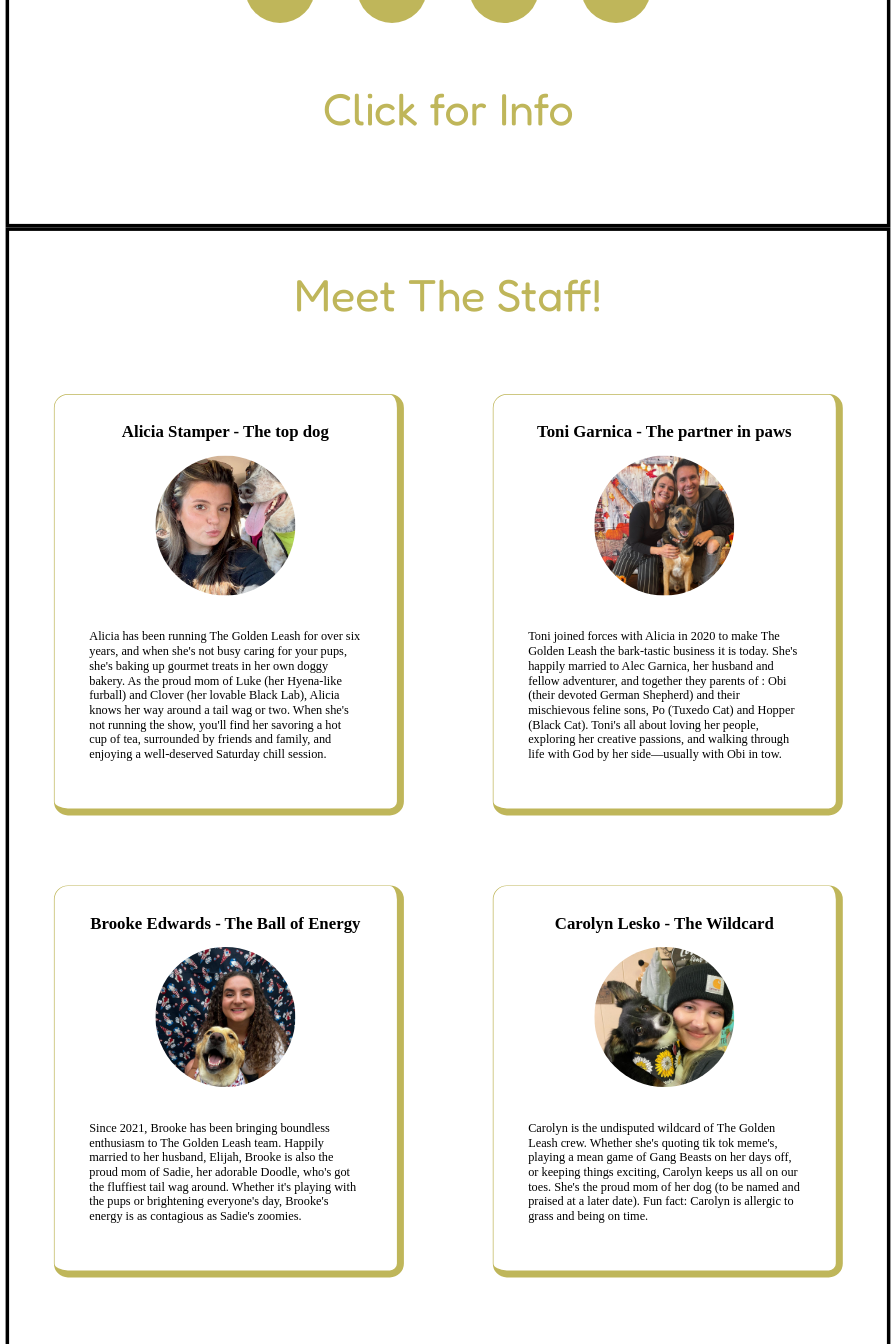
Repository: Aworminator/Thegoldenleash
Page: index.html
An editor plug-in stored every save of this project. The page is shown before and after the next save, followed by the edit.
The browser window is 1280 px wide. The pictures show the part of the page from y = 1577 to 3497 px (the page is 4783 px tall before and 4938 px after), at 70% of full size.

Above is the page before, as saved 2025-07-20 22:30:57.

### index.html
<!DOCTYPE html>
<html lang="en">
  <head>
    <meta charset="UTF-8" />
    <meta name="viewport" content="width=device-width, initial-scale=1.0" />
    <title>The Golden Leash</title>
    <link
      rel="stylesheet"
      href="https://cdnjs.cloudflare.com/ajax/libs/font-awesome/6.5.0/css/all.min.css"
      integrity="sha512-..."
      crossorigin="anonymous"
      referrerpolicy="no-referrer"
    />
    <link rel="stylesheet" href="style.css" />
    <link rel="preconnect" href="https://fonts.googleapis.com" />
    <link rel="preconnect" href="https://fonts.gstatic.com" crossorigin />
    <link
      href="https://fonts.googleapis.com/css2?family=Fredoka:wght@300..700&display=swap"
      rel="stylesheet"
    />

    <!-- Everything is great. Look up ideas on how to make everything else translate
    with media query. The logo is fixed, however, other things get messed up after
    the resolution hits a certain point. Figure out how to fix that next. -->
  </head>
  <body>
    <section class="home-page">
      <div class="image-container">
        <div>
          <img src="./Images/GoldenLeashLogo No Nose.png" class="logo" />
        </div>

        <ul class="list">
          <li class="list-item" data-target="our-story">Our Story</li>
          <li class="list-item" data-target="services">Services</li>
          <li class="list-item" data-target="contact">Contact Us</li>
        </ul>
      </div>
    </section>

    <section class="our-story">
      <h1>Our Story</h1>
      <p class="story-info info">
        Lorem ipsum odor amet, consectetuer adipiscing elit. Aenean quis
        bibendum condimentum mauris primis integer sollicitudin porttitor.
        Blandit condimentum aptent condimentum orci rhoncus pellentesque euismod
        a. Varius imperdiet fermentum aptent mollis sem eu. Mattis ante pharetra
        quisque nam odio nascetur per. Vitae pellentesque massa facilisi
        maecenas ligula felis. Tristique pulvinar iaculis inceptos lectus elit
        fusce. <br /><br />
        Nisl erat purus sem imperdiet varius erat taciti cursus. Leo ante lectus
        potenti lacus viverra senectus commodo fringilla. Imperdiet est
        parturient ornare imperdiet tempor vulputate. Parturient porttitor
        quisque platea turpis vel porta. Torquent feugiat curabitur posuere
        hendrerit ipsum eros vel erat. Aenean netus proin arcu taciti nec
        efficitur ullamcorper.
      </p>
    </section>

    <section class="services">
      <h1>Services</h1>
      <div class="icon-container">
        <i class="fa-solid fa-house icon" id="boarding"></i>
        <i class="fa-solid fa-dog icon" id="daycare"></i>
        <i class="fa-solid fa-paw icon" id="walks"></i>
        <i class="fa-solid fa-bath icon" id="grooming"></i>
      </div>
      <h1>Click for Info</h1>
      <p class="service-info info" id="boarding">
        At The Golden Leash, our boarding service is truly cage-free—your dog
        enjoys a comfortable, home-like environment 24/7 with no kennels or
        crates. We believe every pup deserves freedom, companionship, and
        personalized attention, so they’re never confined and always part of the
        family. <br /><br />
        For dogs who prefer familiar surroundings, we also offer in-home
        boarding. Our trusted staff can stay at your home, ensuring your dog’s
        routine and comfort are maintained while you’re away. Whether at our
        place or yours, your dog receives loving care, playtime, and
        relaxation—just like they’re at home!
      </p>
      <p class="service-info info" id="daycare">
        At The Golden Leash, our doggy daycare is a great environment where your
        pup can play, socialize, and relax just like at home. We believe dogs
        thrive when they’re free to interact and explore, so we provide
        supervised group play and plenty of space for every personality.
        <br /><br />
        Our experienced staff ensures each dog’s safety and comfort, offering
        personalized attention throughout the day. Whether your dog loves to
        romp with friends or prefers quiet time, we tailor their experience to
        meet their needs. Give your dog a fun, stress-free day—no cages, just
        care!
      </p>
      <div class="service-info info" id="walks">

        <p>
          At The Golden Leash, we bring personalized care directly to you! Our
          team will stop by to check on your dog and take them for a walk
          tailored to their needs. Each walk typically lasts around 45 minutes,
          giving your pup plenty of exercise and attention. <br /><br />
          Your dog's safety and well-being are our top priorities. That’s why we
          monitor the weather closely, ensuring your furry friend isn’t exposed
          to unsafe conditions. We avoid walks in temperatures below 28°F, and
          during extreme heat, we’ll adjust walk times to protect your dog’s
          paws from hot sidewalks. Because your dog deserves the very best
          care—rain, shine, or snow!
        </p>
      </div>
      <p class="service-info info" id="grooming">
        At The Golden Leash, our grooming service is designed to keep your dog
        looking and feeling their best in a stress-free, cage-free environment.
        We offer baths, brush-outs, nail trims, ear cleaning, and more—always
        tailored to your pup’s needs and comfort. <br /><br />
        Our experienced staff uses gentle techniques and high-quality products
        to ensure a safe, positive experience for every dog. Whether your pup
        needs a quick freshen-up or a full spa treatment, we provide
        personalized care with plenty of love and attention. Book a grooming
        session and let your dog shine!
      </p>
    </section>

    <section class="staff">
      <h1>Meet The Staff!</h1>
      <div id="staff-cards"></div>
    </section>

    <section class="contact">
      <h1>Contact Us</h1>
      <form class="contact-form">
        <div class="form-group">
          <label for="name">Name</label>
          <input type="text" id="name" name="name" required />
        </div>
        <div class="form-group">
          <label for="email">Email</label>
          <input type="email" id="email" name="email" required />
        </div>
        <div class="form-group">
          <label for="message">Message</label>
          <textarea id="message" name="message" rows="5" required></textarea>
        </div>
        <button type="submit" class="contact-btn">Send Message</button>
      </form>
    </section>
    <script src="script.js"></script>
  </body>
</html>

### style.css
h1 {
  font-family: "Fredoka", serif;
  font-optical-sizing: auto;
  font-weight: 400; /* Replace <weight> with a valid value */
  font-style: normal;
  color: #bfb65a;
  font-variation-settings: "wdth" 100;
  text-align: center;
  font-size: 4em;
}

h2 {
  text-align: center;
}

.image-container {
  display: flex;
  flex-direction: row;
  justify-content: space-around;
}

.home-page {
  border: black solid 5px;
  min-height: 50vh;
}

.services,
.staff,
.contact,
.our-story {
  border: black solid 5px;
  min-height: 600px;
}

.logo {
  width: 100%;
  max-width: 600px; /* or whatever the largest size you want */
  height: auto;
  display: block;
}

.list {
  font-size: 3em;
  padding: 50px;
}

li {
  font-family: "Fredoka", serif;
  font-optical-sizing: auto;
  font-weight: 400; /* Replace <weight> with a valid value */
  font-style: normal;
  color: #bfb65a;
  font-variation-settings: "wdth" 100;
  font-size: 1.3em;
  margin-bottom: 80px;
  text-shadow: 3px 3px 0px rgba(191, 183, 90, 0.336),
    0 0 16px rgba(191, 182, 90, 0.25);
}

.icon-container {
  display: flex;
  justify-content: center;
}

.icon {
  background-color: #bfb65a;
  width: 100px;
  aspect-ratio: 1 / 1;
  border-radius: 50%;
  display: flex;
  justify-content: center;
  align-items: center;
  font-size: 2em;
  margin: 30px;
}

.icon:hover,
.list-item:hover {
  transform: scale(1.1);
  transition: transform 0.2s;
}

.icon:active,
.list-item:active {
  transform: scale(0.9);
  transition: transform 0.2s;
}

.service-info,
.story-info {
  text-align: center;
  font-size: 1.5rem;
  margin: 100px;
}

.service-info {
  display: none;
  background-color: rgb(182, 182, 182);
  border-radius: 10px;
  padding: 5px;
  animation: slide-fwd-tr 1.3s cubic-bezier(0.25, 0.46, 0.45, 0.94) both;
}

.card {
  width: 100%;
  max-width: 500px;
  border: none;
  border-bottom: 10px solid #bfb65a;
  border-right: 10px solid #bfb65a;
  border-top: 1px solid #bfb65a;
  border-left: 1px solid #bfb65a;
  border-radius: 20px;
  display: flex;
  flex-direction: column;
  justify-content: flex-start;
  align-items: center;
  margin: 50px;
  padding: 20px;
  box-sizing: border-box;
  overflow-wrap: break-word;
  word-wrap: break-word;
}

.profile-pic {
  height: 200px;
  border-radius: 50%;
  object-fit: cover;
  object-position: top;
  width: 200px;
}

.profile-pic:hover {
  transform: scale(1.15);
  transition: transform 0.2s;
}

#staff-cards {
  display: flex;
  flex-direction: row;
  flex-wrap: wrap;
  align-items: center;
  justify-content: space-around;
}

.staff-info {
  padding: 30px;
  font-size: 1.1em;
}

@keyframes slide-fwd-tr {
  0% {
    opacity: 0%;
    transform: translateZ(180px) translateY(120px) translateX(-120px);
  }
  100% {
    opacity: 100%;
    transform: translateZ(0px) translateY(0px) translateX(0px);
  }
}

@media (max-width: 900px) {
  .image-container {
    flex-direction: column;
    align-items: center;
  }

  .info {
    font-size: 0.8em;
    width: 50%;
    /* figure out a way to make this wider */
  }

  .icon {
    font-size: 1.4em;
    margin: 15px;
  }

  .staff-info {
    font-size: 1.2em;
    overflow: visible;
    padding: 10px;
  }

  .card {
    margin: 20px;
    padding: 20px;
  }

  h1 {
    font-size: 2.5em;
  }

  li {
    font-size: 1em;
  }

  h2 {
    font-size: 1.2em;
    padding: 5px;
  }
}

@media (max-width: 600px) {
  .contact-form {
    padding: 18px 8px 14px 8px;
    max-width: 95vw;
  }
}

/* Contact Form Styles */
.contact-form {
  max-width: 500px;
  margin: 40px auto 0 auto;
  border-radius: 16px;
  box-shadow: 0 4px 24px rgba(191, 182, 90, 0.15);
  padding: 32px 28px 24px 28px;
  display: flex;
  flex-direction: column;
  gap: 18px;
}
.form-group {
  display: flex;
  flex-direction: column;
  gap: 6px;
}
.contact-form label {
  font-size: 1.1em;
  color: black;
  font-weight: 600;
  margin-bottom: 2px;
}
.contact-form input,
.contact-form textarea {
  padding: 10px 12px;
  border: 1.5px solid black;
  border-radius: 8px;
  font-size: 1em;
  font-family: inherit;
  transition: border 0.2s;
}
.contact-form input:focus,
.contact-form textarea:focus {
  outline: none;
  border: 2px solid black;
}
.contact-btn {
  background: #bfb65a;
  color: #fff;
  border: none;
  border-radius: 8px;
  padding: 12px 0;
  font-size: 1.1em;
  font-weight: 700;
  cursor: pointer;
  margin-top: 10px;
  box-shadow: 0 2px 8px rgba(191, 182, 90, 0.12);
  transition: background 0.2s, transform 0.2s;
}
.contact-btn:hover {
  background: #a49e4a;
  transform: translateY(-2px) scale(1.03);
}

### script.js
const staffMembers = [
  {
    name: "Alicia Stamper",
    title: "The top dog",
    image: "./Images/Staff Pictures/Alicia TGL Picture.jpg",
    info: "Alicia has been running The Golden Leash for over six years, and when she's not busy caring for your pups, she's baking up gourmet treats in her own doggy bakery. As the proud mom of Luke (her Hyena-like furball) and Clover (her lovable Black Lab), Alicia knows her way around a tail wag or two. When she's not running the show, you'll find her savoring a hot cup of tea, surrounded by friends and family, and enjoying a well-deserved Saturday chill session.",
  },
  {
    name: "Toni Garnica",
    title: "The partner in paws",
    image: "./Images/Staff Pictures/Toni TGL Picture.jpg",
    info: "Toni joined forces with Alicia in 2020 to make The Golden Leash the bark-tastic business it is today. She's happily married to Alec Garnica, her husband and fellow adventurer, and together they parents of : Obi (their devoted German Shepherd) and their mischievous feline sons, Po (Tuxedo Cat) and Hopper (Black Cat). Toni's all about loving her people, exploring her creative passions, and walking through life with God by her side—usually with Obi in tow.",
  },
  {
    name: "Brooke Edwards",
    title: "The Ball of Energy",
    image: "./Images/Staff Pictures/Brooke TGL Picture.jpg",
    info: "Since 2021, Brooke has been bringing boundless enthusiasm to The Golden Leash team. Happily married to her husband, Elijah, Brooke is also the proud mom of Sadie, her adorable Doodle, who's got the fluffiest tail wag around. Whether it's playing with the pups or brightening everyone's day, Brooke's energy is as contagious as Sadie's zoomies.",
  },
  {
    name: "Carolyn Lesko",
    title: "The Wildcard",
    image: "./Images/Staff Pictures/Carolyn TGL Picture.jpg",
    info: "Carolyn is the undisputed wildcard of The Golden Leash crew. Whether she's quoting tik tok meme's, playing a mean game of Gang Beasts on her days off, or keeping things exciting, Carolyn keeps us all on our toes. She's the proud mom of her dog (to be named and praised at a later date). Fun fact: Carolyn is allergic to grass and being on time.",
  },
  {
    name: "Lisa",
    title: "The Backbone of the pack",
    image: "./Images/Staff Pictures/Lisa and rip Van Winkle.png",
    info: "Lisa is the kind of hard worker who makes everything run like clockwork at The Golden Leash. With her unmatched dedication and a can-do attitude, she's the go-to person for getting things done. Whether it's caring for pups, organizing schedules, or simply being awesome, Lisa brings a level of expertise and warmth that every team dreams of having. We're lucky to have her!",
  },
];

const story = document.querySelector("#story");
const services = document.querySelector("#services");
const contact = document.querySelector("#contact");
const house = document.querySelector(".fa-house");
const dog = document.querySelector(".fa-dog");
const paw = document.querySelector(".fa-paw");
const bath = document.querySelector(".fa-bath");
const serviceInfo = document.querySelector(".service-info");
const boarding = document.querySelector("#boarding");
const grooming = document.querySelector("#grooming");
const walks = document.querySelector("#walks");
const daycare = document.querySelector("#daycare");
const service = document.querySelector(".services");
const staffCards = document.querySelector("#staff-cards");
const iconContainer = document.querySelectorAll(".icon-container i");

let allSections = document.querySelectorAll(".service-info");

// Loop for the list items.

// FIX THIS. Make it go to each section class.
document.querySelectorAll(".list-item").forEach((list) => {
  list.addEventListener("click", () => {
    const targetID = list.id;
    const targetSection = document.getElementById(targetID);

    if (targetSection) targetSection.scrollIntoView({ behavior: "smooth" });
  });
});

// Loop for the icons.
iconContainer.forEach((icon) => {
  icon.addEventListener("click", () => {
    const sectionId = icon.id;

    allSections.forEach((section) => {
      section.style.display = section.id === sectionId ? "block" : "none";
    });
    const targetSection = document.getElementById(sectionId);
    if (targetSection) targetSection.scrollIntoView({ behavior: "smooth" });
  });
});

staffMembers.forEach((person) => {
  const newCard = document.createElement("div");
  newCard.classList.add("card");
  newCard.innerHTML = `<h2>${person.name} - ${person.title}</h2>
          <img
            src="${person.image}"
            alt="${person.name} Profile-Pic"
            class="profile-pic"
          />
          <p class="staff-info info">
            ${person.info}
          </p>`;
  staffCards.appendChild(newCard);
});

After the next save:
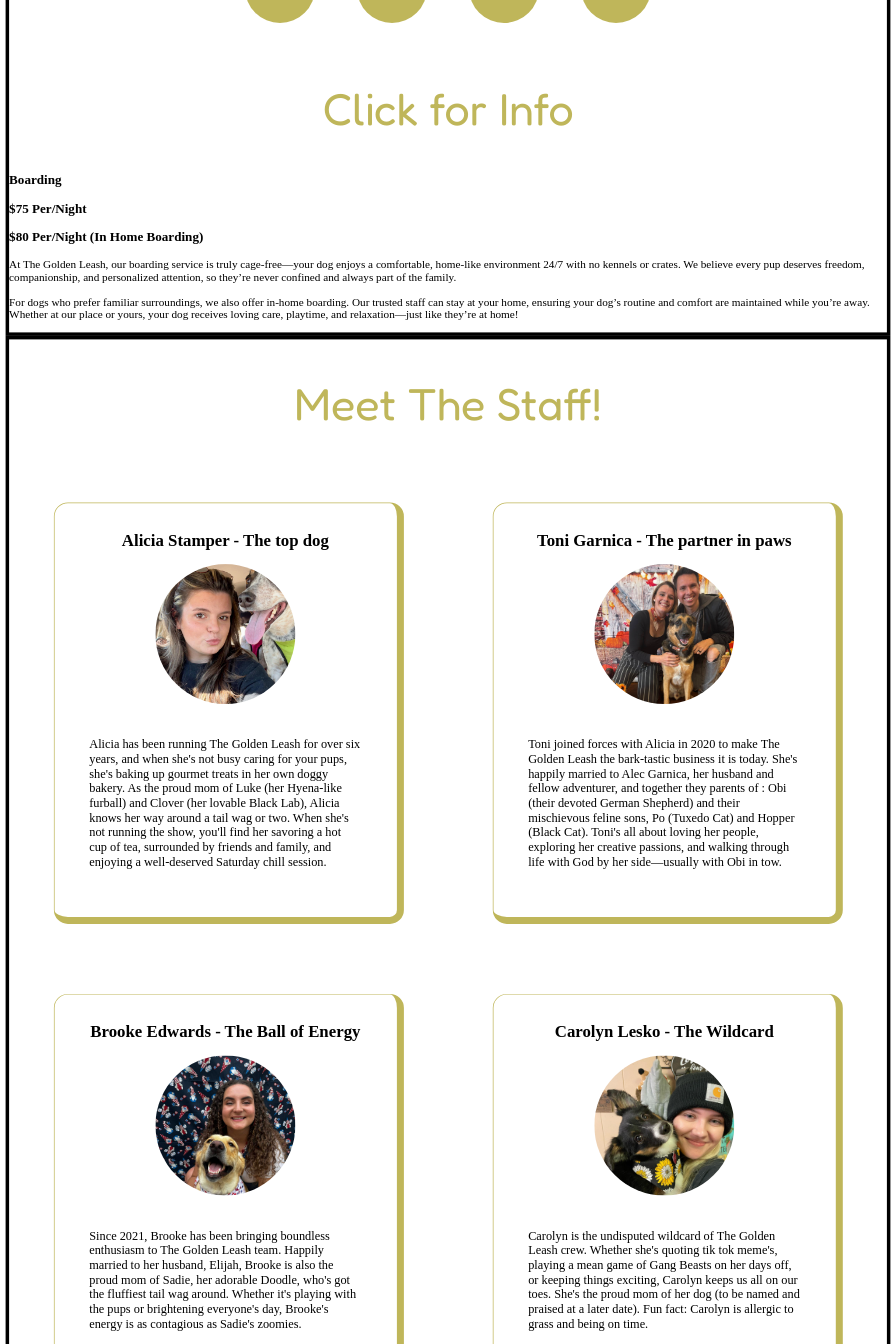
Saved 5 s later.
--- a/index.html
+++ b/index.html
@@ -67,6 +67,9 @@
       </div>
       <h1>Click for Info</h1>
       <p class="service-info info" id="boarding">
+        <h3>Boarding</h3>
+        <h3>$75 Per/Night</h3>
+        <h3>$80 Per/Night (In Home Boarding)</h3>
         At The Golden Leash, our boarding service is truly cage-free—your dog
         enjoys a comfortable, home-like environment 24/7 with no kennels or
         crates. We believe every pup deserves freedom, companionship, and

After the save that followed:
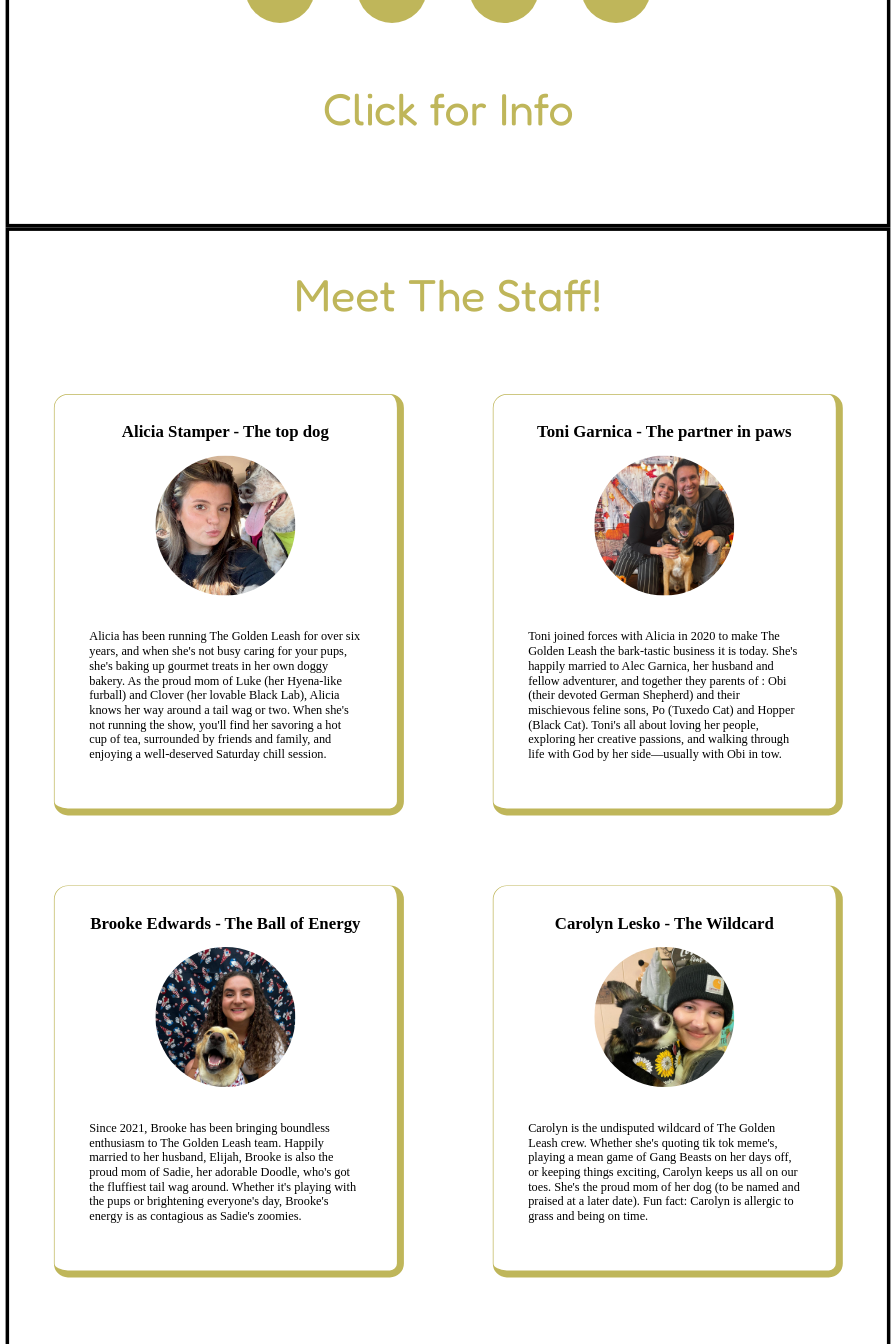
Saved 18 s later.
--- a/index.html
+++ b/index.html
@@ -66,21 +66,23 @@
         <i class="fa-solid fa-bath icon" id="grooming"></i>
       </div>
       <h1>Click for Info</h1>
-      <p class="service-info info" id="boarding">
+      <div class="service-info info" id="boarding">
         <h3>Boarding</h3>
         <h3>$75 Per/Night</h3>
         <h3>$80 Per/Night (In Home Boarding)</h3>
-        At The Golden Leash, our boarding service is truly cage-free—your dog
-        enjoys a comfortable, home-like environment 24/7 with no kennels or
-        crates. We believe every pup deserves freedom, companionship, and
-        personalized attention, so they’re never confined and always part of the
-        family. <br /><br />
-        For dogs who prefer familiar surroundings, we also offer in-home
-        boarding. Our trusted staff can stay at your home, ensuring your dog’s
-        routine and comfort are maintained while you’re away. Whether at our
-        place or yours, your dog receives loving care, playtime, and
-        relaxation—just like they’re at home!
-      </p>
+        <p>
+          At The Golden Leash, our boarding service is truly cage-free—your dog
+          enjoys a comfortable, home-like environment 24/7 with no kennels or
+          crates. We believe every pup deserves freedom, companionship, and
+          personalized attention, so they’re never confined and always part of the
+          family. <br /><br />
+          For dogs who prefer familiar surroundings, we also offer in-home
+          boarding. Our trusted staff can stay at your home, ensuring your dog’s
+          routine and comfort are maintained while you’re away. Whether at our
+          place or yours, your dog receives loving care, playtime, and
+          relaxation—just like they’re at home!
+        </p>
+      </div>
       <p class="service-info info" id="daycare">
         At The Golden Leash, our doggy daycare is a great environment where your
         pup can play, socialize, and relax just like at home. We believe dogs
